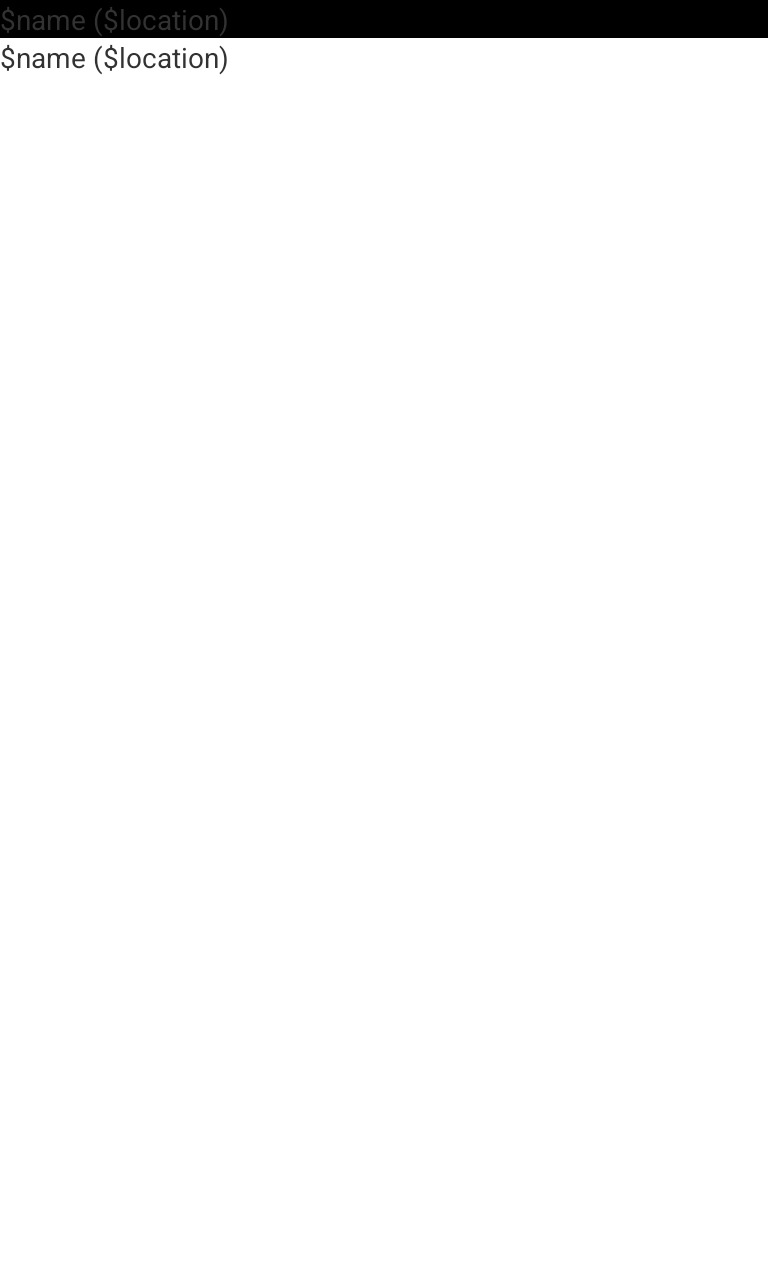
Repository: egslava/android-net-list-utils
Layout: NetUtilsSamples/res/layout/university.xml
The author's editor kept a copy of each file at every save. The layout is drawn from the files as they stood at one save, then again after the next save.
It is drawn on a 768 x 1280 px phone screen (xhdpi) without system bars, with theme AppTheme; the app's code is not run. Lists and similar views that code fills are empty.

Above is the layout before, as saved 2013-10-15 08:08:10.

### NetUtilsSamples/res/layout/university.xml
<?xml version="1.0" encoding="utf-8"?>
<LinearLayout xmlns:android="http://schemas.android.com/apk/res/android"
    xmlns:tools="http://schemas.android.com/tools"
    android:layout_width="match_parent"
    android:layout_height="match_parent"
    android:orientation="vertical" >

    <LinearLayout
        android:layout_width="match_parent"
        android:layout_height="wrap_content"
        android:background="@android:color/background_dark" >

        <TextView
            android:id="@+id/$name"
            android:layout_width="wrap_content"
            android:layout_height="wrap_content"
            android:text="$name" />

        <TextView
            android:id="@+id/textView1"
            android:layout_width="wrap_content"
            android:layout_height="wrap_content"
            android:text=" (" />

        <TextView
            android:id="@+id/$location"
            android:layout_width="wrap_content"
            android:layout_height="wrap_content"
            android:text="$location" />

        <TextView
            android:id="@+id/textView2"
            android:layout_width="wrap_content"
            android:layout_height="wrap_content"
            android:text=")" />
    </LinearLayout>

    <LinearLayout
        android:layout_width="match_parent"
        android:layout_height="wrap_content" >

        <TextView
            android:id="@+id/$name"
            android:layout_width="wrap_content"
            android:layout_height="wrap_content"
            android:text="$name" />

        <TextView
            android:id="@+id/textView1"
            android:layout_width="wrap_content"
            android:layout_height="wrap_content"
            android:text=" (" />

        <TextView
            android:id="@+id/$location"
            android:layout_width="wrap_content"
            android:layout_height="wrap_content"
            android:text="$location" />

        <TextView
            android:id="@+id/textView2"
            android:layout_width="wrap_content"
            android:layout_height="wrap_content"
            android:text=")" />
    </LinearLayout>

    <ListView
        android:id="@+id/listView1"
        android:layout_width="match_parent"
        android:layout_height="wrap_content"
        tools:listitem="@layout/person" >
    </ListView>

</LinearLayout>

### NetUtilsSamples/res/layout/person.xml
<?xml version="1.0" encoding="utf-8"?>
<LinearLayout xmlns:android="http://schemas.android.com/apk/res/android"
    android:layout_width="match_parent"
    android:layout_height="match_parent"
    android:orientation="vertical" >

    <TextView
        android:id="@+id/$firstName"
        android:layout_width="wrap_content"
        android:layout_height="wrap_content"
        android:text="$firstName" />

    <TextView
        android:id="@+id/$lastName"
        android:layout_width="wrap_content"
        android:layout_height="wrap_content"
        android:text="$lastName"
        android:layout_marginLeft="@dimen/activity_horizontal_margin"/>

    <TextView
        android:id="@+id/$middleName"
        android:layout_width="wrap_content"
        android:layout_height="wrap_content"
        android:text="$middleName"
        android:layout_marginLeft="@dimen/activity_horizontal_margin" />

    <TextView
        android:id="@+id/$birthday"
        android:layout_width="wrap_content"
        android:layout_height="wrap_content"
        android:text="$birthday"
        android:layout_marginLeft="@dimen/activity_horizontal_margin"
        android:tag="(dd.MM.yyyy)" />

    <LinearLayout
        android:layout_width="match_parent"
        android:layout_height="wrap_content" >

        <Button
            android:id="@+id/minus"
            android:layout_width="wrap_content"
            android:layout_height="wrap_content"
            android:text="-1" />

        <TextView
            android:id="@+id/count"
            android:layout_width="wrap_content"
            android:layout_height="wrap_content"
            android:text="0" />

        <Button
            android:id="@+id/plus"
            android:layout_width="wrap_content"
            android:layout_height="wrap_content"
            android:text="+1" />

    </LinearLayout>

</LinearLayout>

Loaded but not shown: NetUtilsSamples/res/values/styles.xml (common file); NetUtilsSamples/res/values-v11/styles.xml (common file); NetUtilsSamples/res/values-v14/styles.xml (common file); NetUtilsSamples/res/values/dimens.xml (common file)

After the next save:
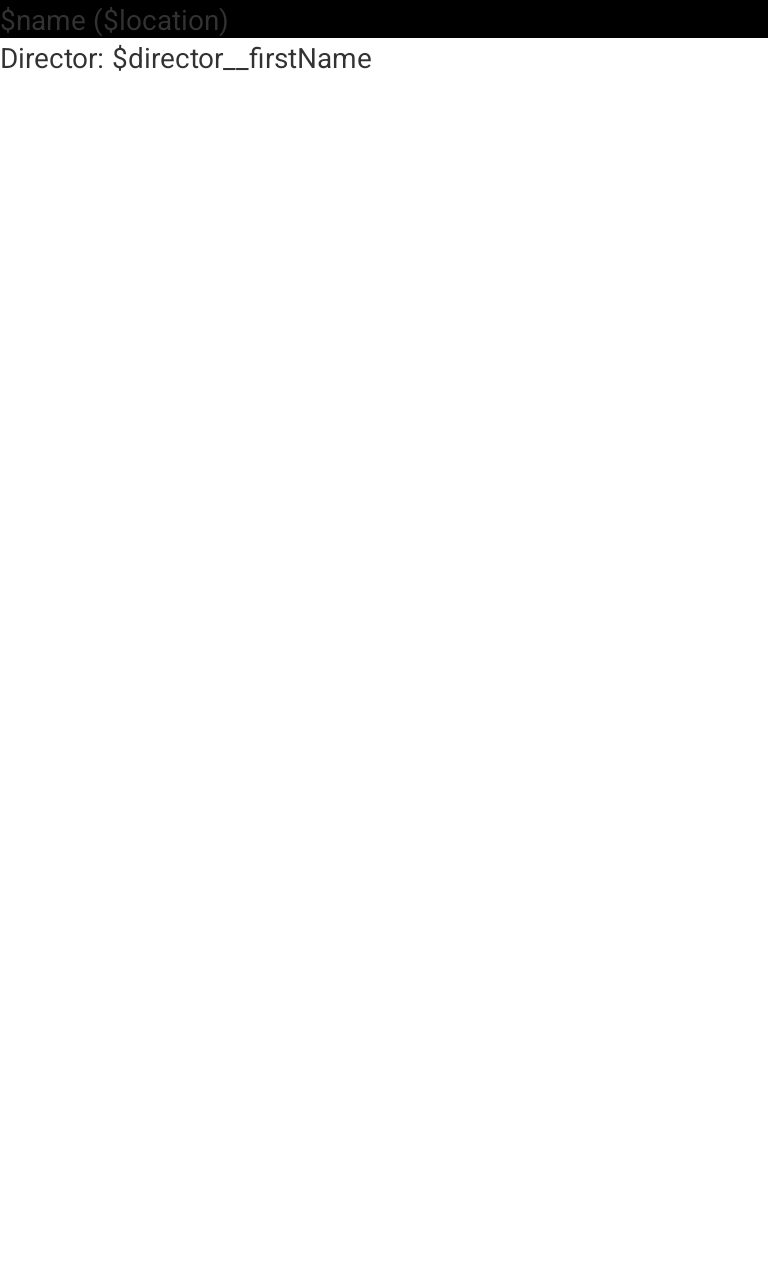
Saved 60 s later.
--- a/NetUtilsSamples/res/layout/university.xml
+++ b/NetUtilsSamples/res/layout/university.xml
@@ -37,31 +37,26 @@
 
     <LinearLayout
         android:layout_width="match_parent"
-        android:layout_height="wrap_content" >
+        android:layout_height="wrap_content"
+        android:orientation="vertical" >
 
-        <TextView
-            android:id="@+id/$name"
-            android:layout_width="wrap_content"
+        <LinearLayout
+            android:layout_width="match_parent"
             android:layout_height="wrap_content"
-            android:text="$name" />
+            android:orientation="horizontal" >
 
-        <TextView
-            android:id="@+id/textView1"
-            android:layout_width="wrap_content"
-            android:layout_height="wrap_content"
-            android:text=" (" />
+            <TextView
+                android:id="@+id/textView3"
+                android:layout_width="wrap_content"
+                android:layout_height="wrap_content"
+                android:text="Director: " />
 
-        <TextView
-            android:id="@+id/$location"
-            android:layout_width="wrap_content"
-            android:layout_height="wrap_content"
-            android:text="$location" />
-
-        <TextView
-            android:id="@+id/textView2"
-            android:layout_width="wrap_content"
-            android:layout_height="wrap_content"
-            android:text=")" />
+            <TextView
+                android:id="@+id/$director__firstName"
+                android:layout_width="wrap_content"
+                android:layout_height="wrap_content"
+                android:text="$director__firstName" />
+        </LinearLayout>
     </LinearLayout>
 
     <ListView
